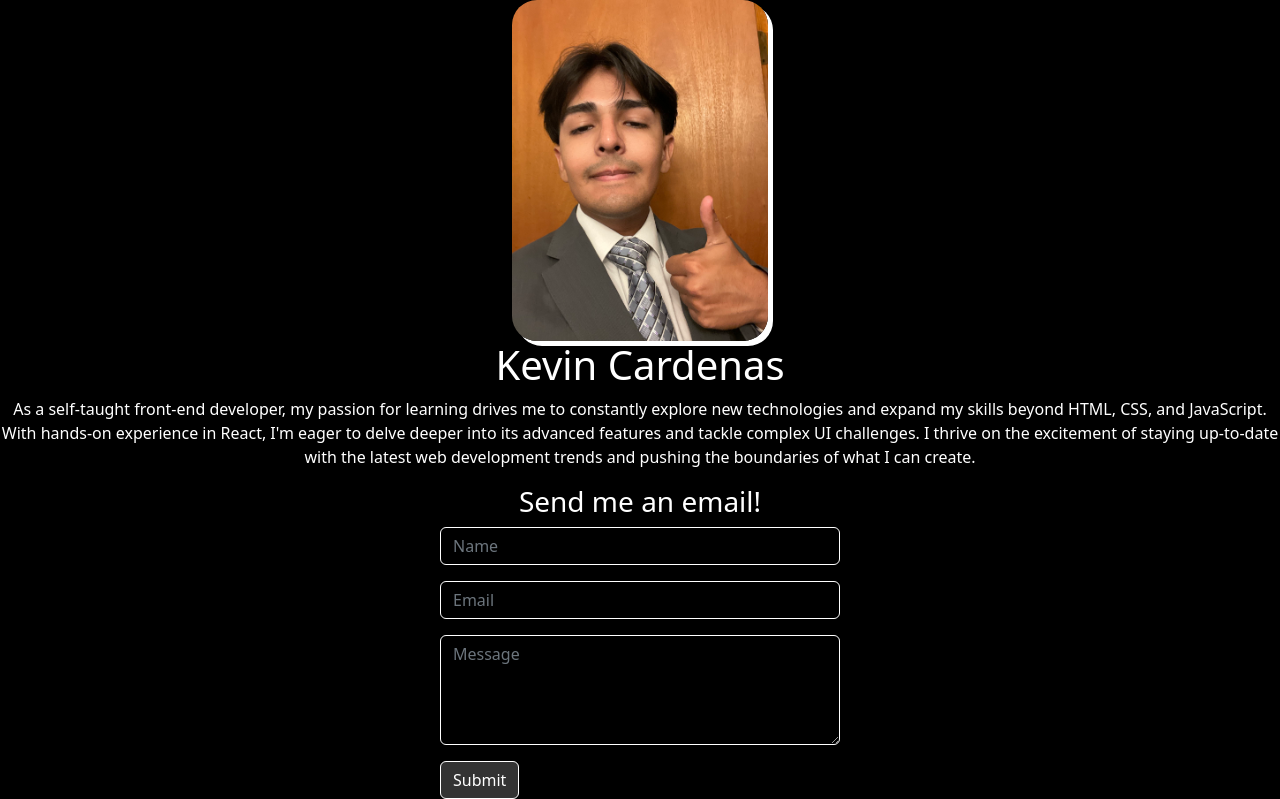
Repository: elqueben/elqueben.github.io
Page: public/index.html
An editor plug-in stored every save of this project. The page is shown before and after the next save, followed by the edit.
The browser window is 1280 px wide. The pictures show the whole page.
The pointer rests on the first visible `.btn-primary`.

Above is the page before, as saved 2023-06-20 12:01:05.

After the next save:
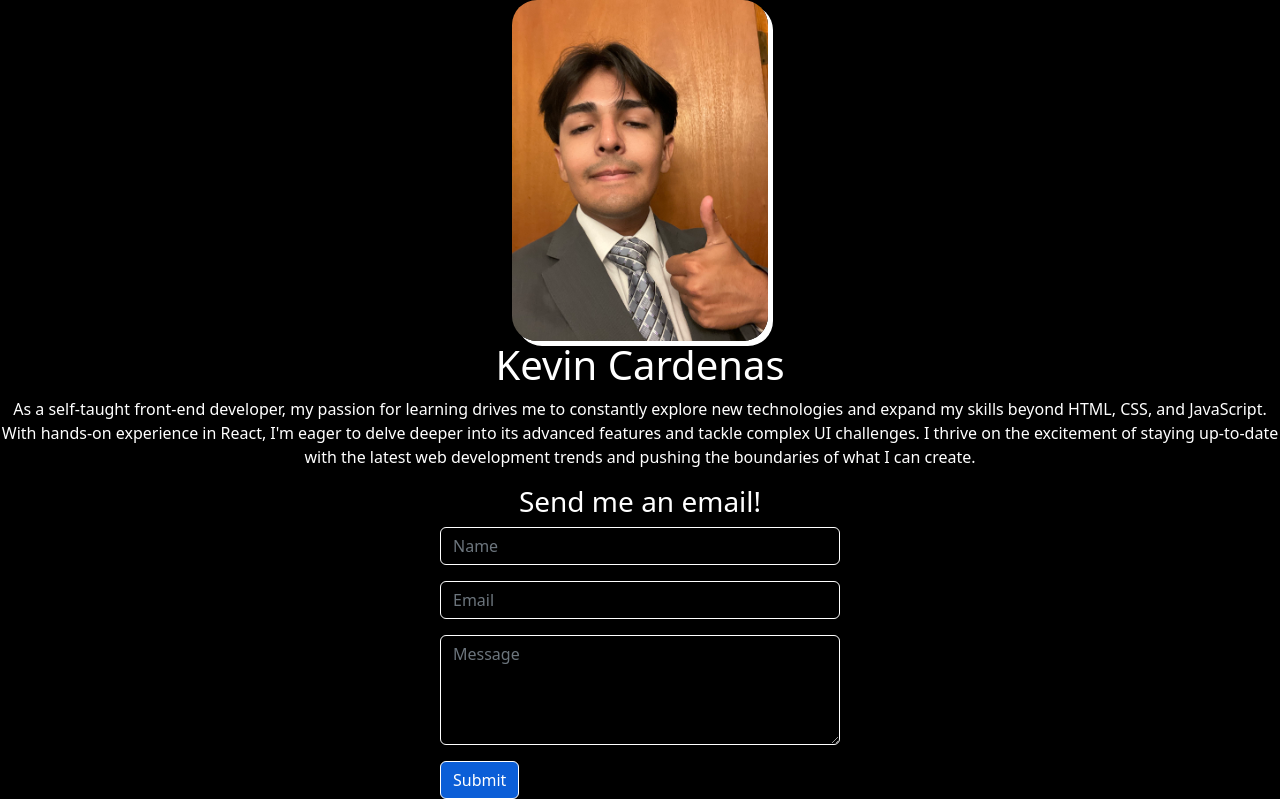
Saved 91 s later.
--- a/public/styles.css
+++ b/public/styles.css
@@ -29,7 +29,7 @@
 }
 
 .btn-primary:hover {
-    background-color: #333;
+    background-color: #;
     border-color: #fff;
     color: #fff;
   }

After the 6 saves that followed:
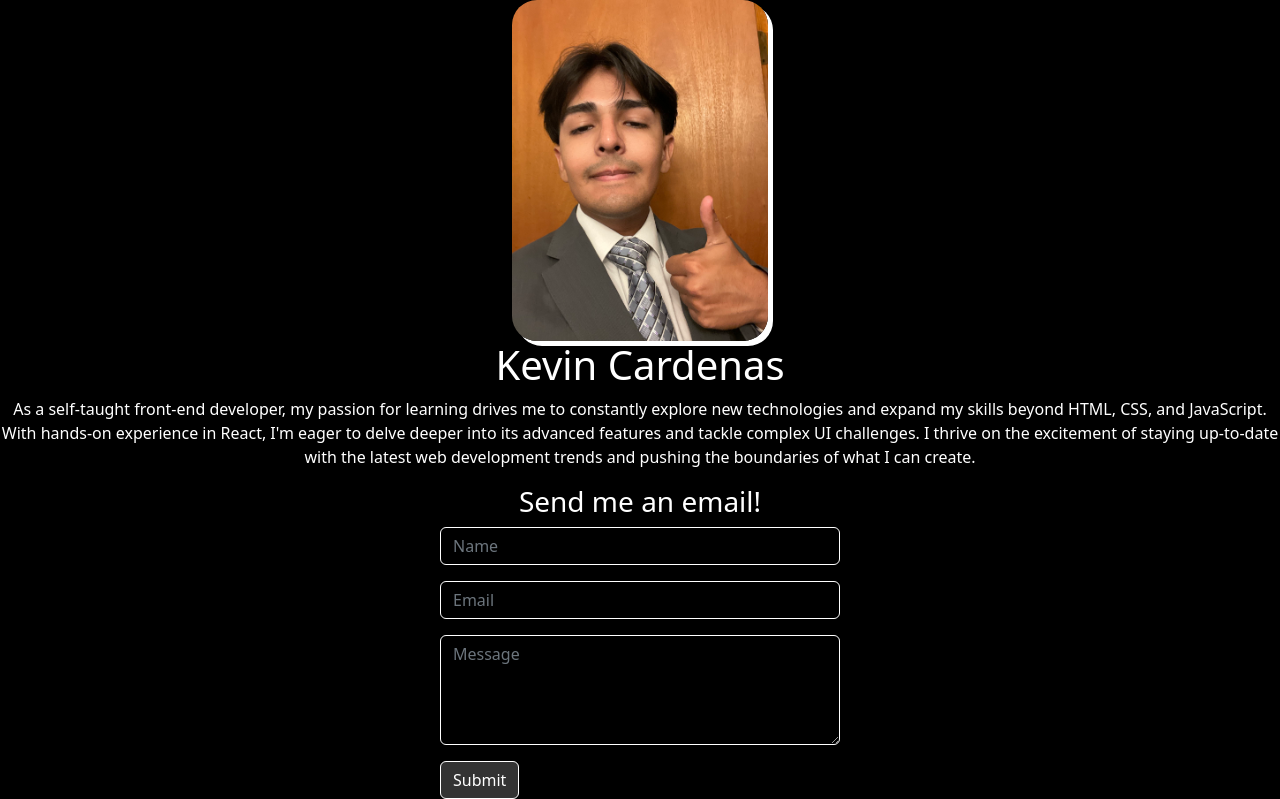
The 6 saves are shown as one change because 2 left the picture as it was and some came seconds apart.
The last was saved 33 s later.
--- a/public/styles.css
+++ b/public/styles.css
@@ -5,7 +5,7 @@
     border: 2px;
     border-radius: 25px;
     box-shadow: 5px 5px;
-  }
+}
 
 body {
   background-color: #000;
@@ -29,7 +29,7 @@
 }
 
 .btn-primary:hover {
-    background-color: #;
+    background-color: #333;
     border-color: #fff;
     color: #fff;
-  }
+}
